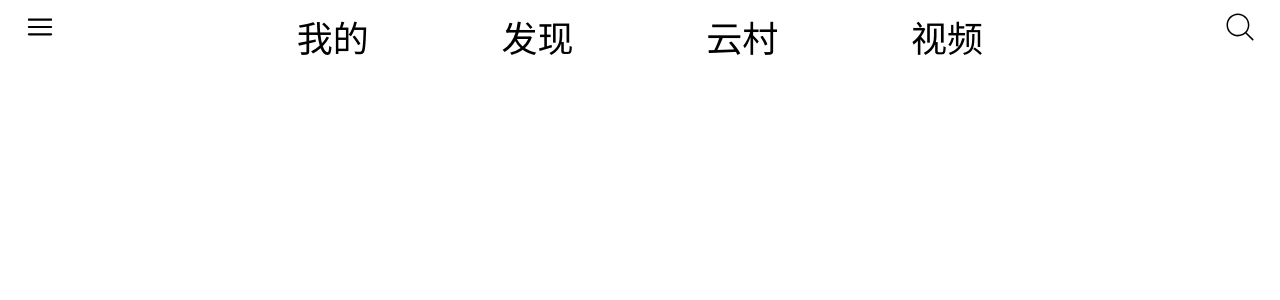
Repository: Kimice1230/Vue-
Page: / (app in wangyiyun-app/)
An editor plug-in stored every save of this project. The page is shown before and after the next save, followed by the edit.
The browser window is 1280 px wide. The pictures show the whole page.
The project was rebuilt for these pictures with package versions that can differ from the ones it lists, and the page was loaded fresh each time. Also part of the build but not shown: wangyiyun-app/vue.config.js.

Above is the page before, as saved 2022-07-19 16:05:28.

After the next save:
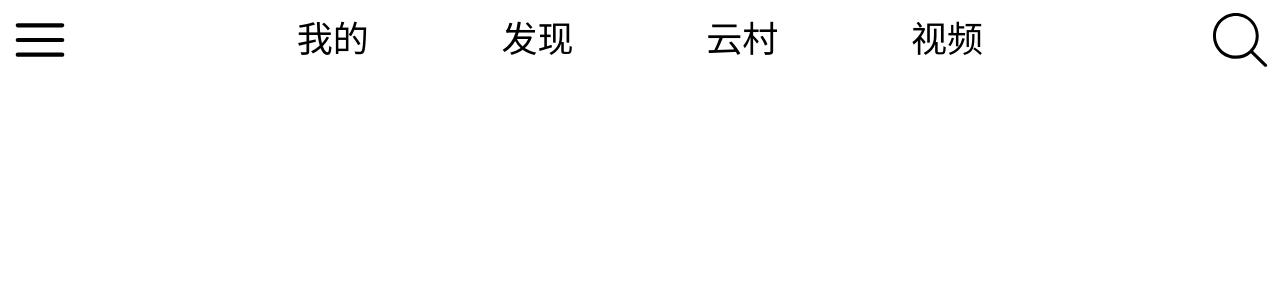
Saved 5 s later.
--- a/wangyiyun-app/public/index.html
+++ b/wangyiyun-app/public/index.html
@@ -20,7 +20,7 @@
 <style>
 .icon {
   width: 2em;
-  height: 1em;
+  height: 2em;
   vertical-align: -0.15em;
   fill: currentColor;
   overflow: hidden;
